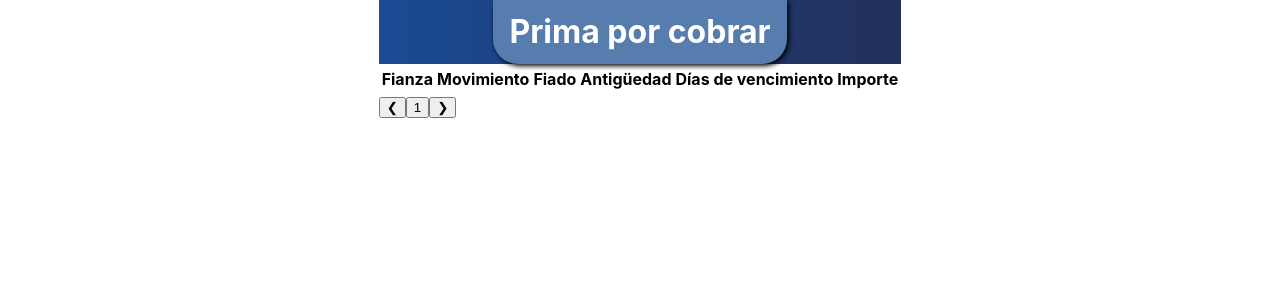
Repository: PCGP22/prueba-t-cnica-liberty-finanzas
Page: / (app in Prueba técnica full-stack/client/)
The author's editor kept a copy of each file at every save. The page is drawn from the files as they stood at one save, then again after the next save.
The browser window is 1280 px wide. The pictures show the whole page.
The page's requests for data from a server got no answer. The project was rebuilt for these pictures with package versions that can differ from the ones it lists, and the page was loaded fresh each time. No one was signed in, and anything a server would have sent is missing. Also part of the build but not shown: Prueba técnica full-stack/client/vite.config.js, Prueba técnica full-stack/client/src/components/Card.jsx, Prueba técnica full-stack/client/src/components/CardsContainer.jsx, Prueba técnica full-stack/client/src/components/Filters.jsx.

Above is the page before, as saved 2023-11-14 07:37:01.

After the next save:
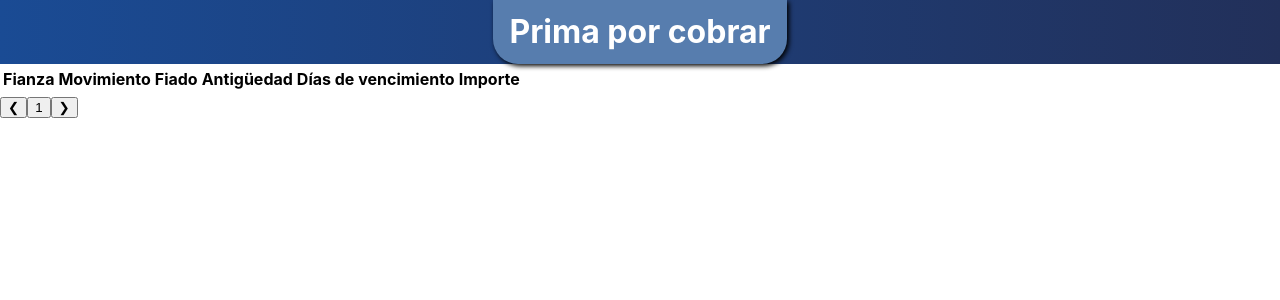
Saved 4 s later.
--- a/Prueba técnica full-stack/client/src/index.css
+++ b/Prueba técnica full-stack/client/src/index.css
@@ -37,7 +37,7 @@ h1{
 
 header{
   background-image: linear-gradient(to right,var(--blue), var(--darkest-blue));
-  width: 100%;
+  width: 100vw;
 }
 
 .filters{
